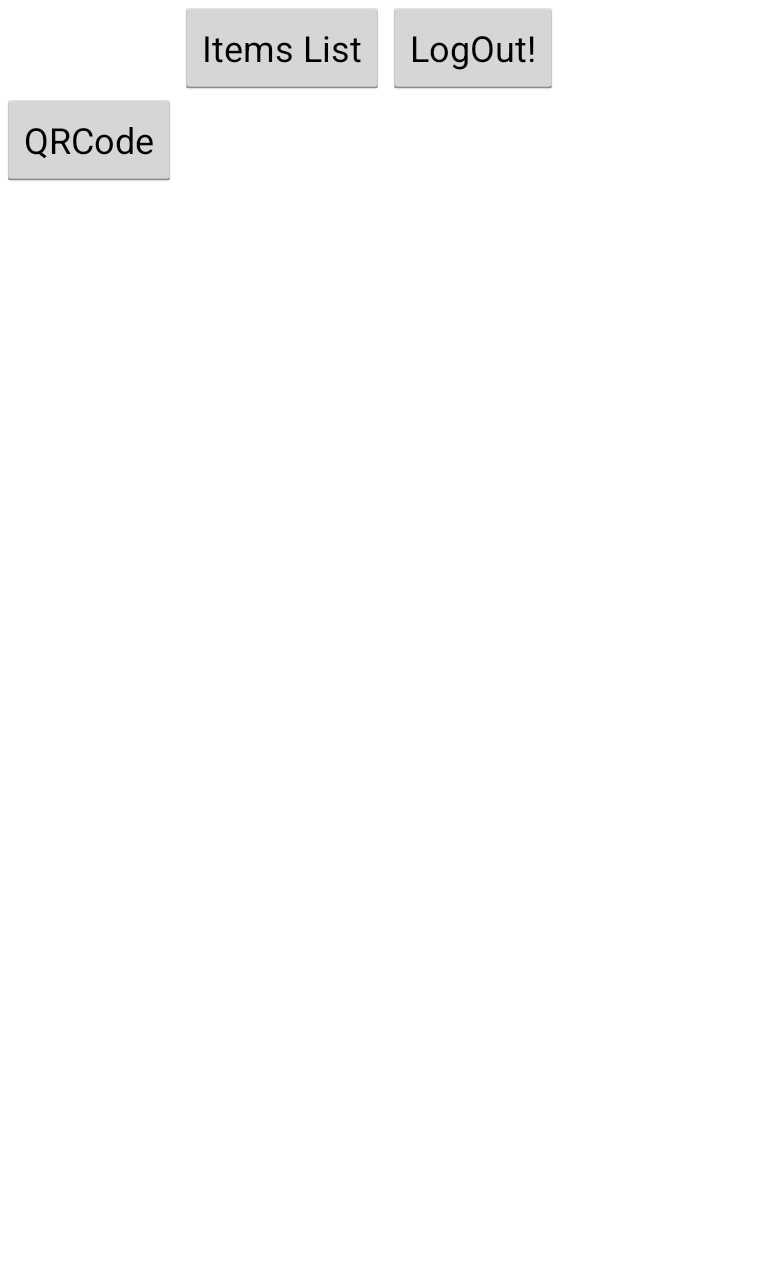
Repository: raphaelferras/eshelf
Layout: eshelfApp/E-shelf/res/layout/activity_menu.xml
These files come from the project's save history. The layout is drawn as it stood at one moment and after a run of saves; the edit follows.
It is drawn on a 768 x 1280 px phone screen (xhdpi) without system bars, with theme AppTheme; the app's code is not run.

Above is the layout before, as saved 2013-03-23 21:03:10.

After the next 2 saves:
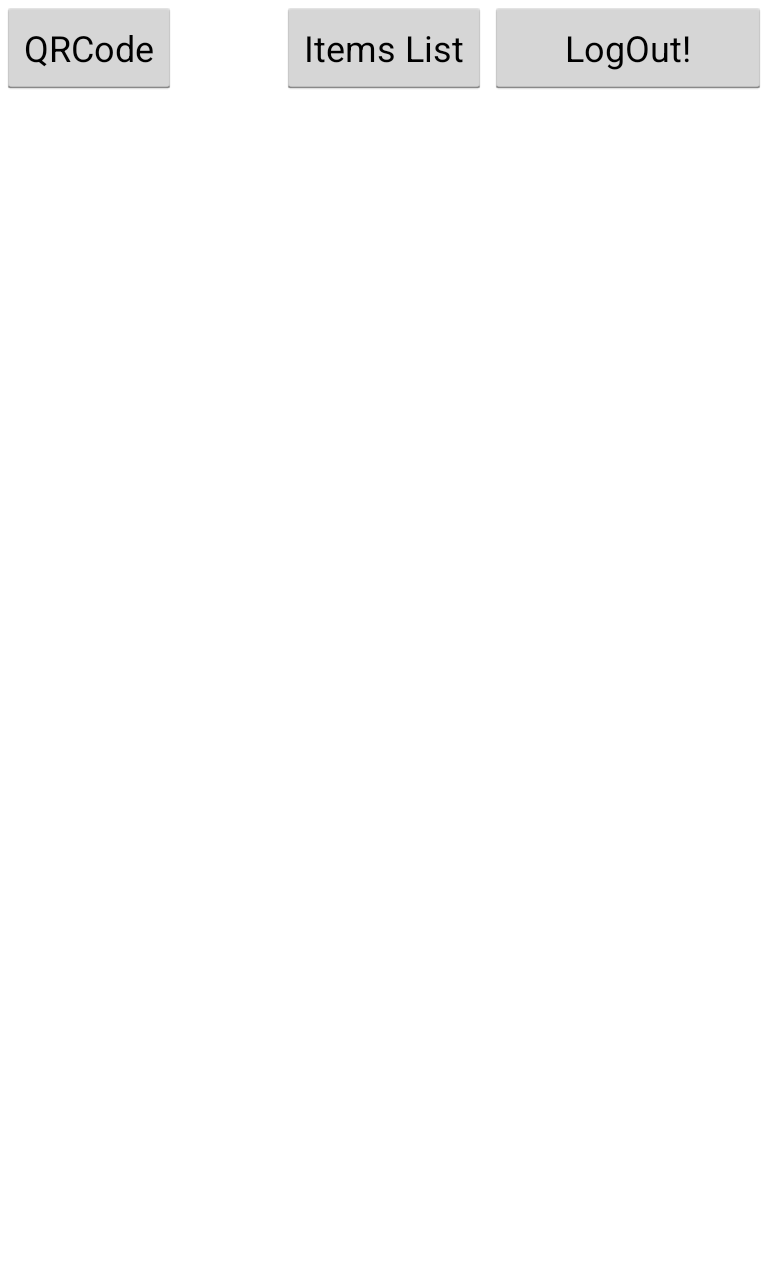
The 2 saves are shown as one change because they came seconds apart.
The last was saved 73 s later.
--- a/eshelfApp/E-shelf/res/layout/activity_menu.xml
+++ b/eshelfApp/E-shelf/res/layout/activity_menu.xml
@@ -8,7 +8,7 @@
         android:layout_width="wrap_content"
         android:layout_height="wrap_content"
         android:layout_alignParentBotton="true"
-        android:layout_marginTop="46dp"
+        android:layout_alignParentLeft="true"
         android:text="QRCode" />
 
     <Button
@@ -16,7 +16,7 @@
         android:layout_width="wrap_content"
         android:layout_height="wrap_content"
         android:layout_alignParentBotton="true"
-        android:layout_toRightOf="@+id/qrcode"
+        android:layout_centerHorizontal="true"
         android:text="Items List" />
 
     <Button
@@ -24,6 +24,7 @@
         android:layout_width="wrap_content"
         android:layout_height="wrap_content"
         android:layout_alignParentBotton="true"
+        android:layout_alignParentRight="true"
         android:layout_toRightOf="@+id/items_list"
         android:text="LogOut!" />
 
